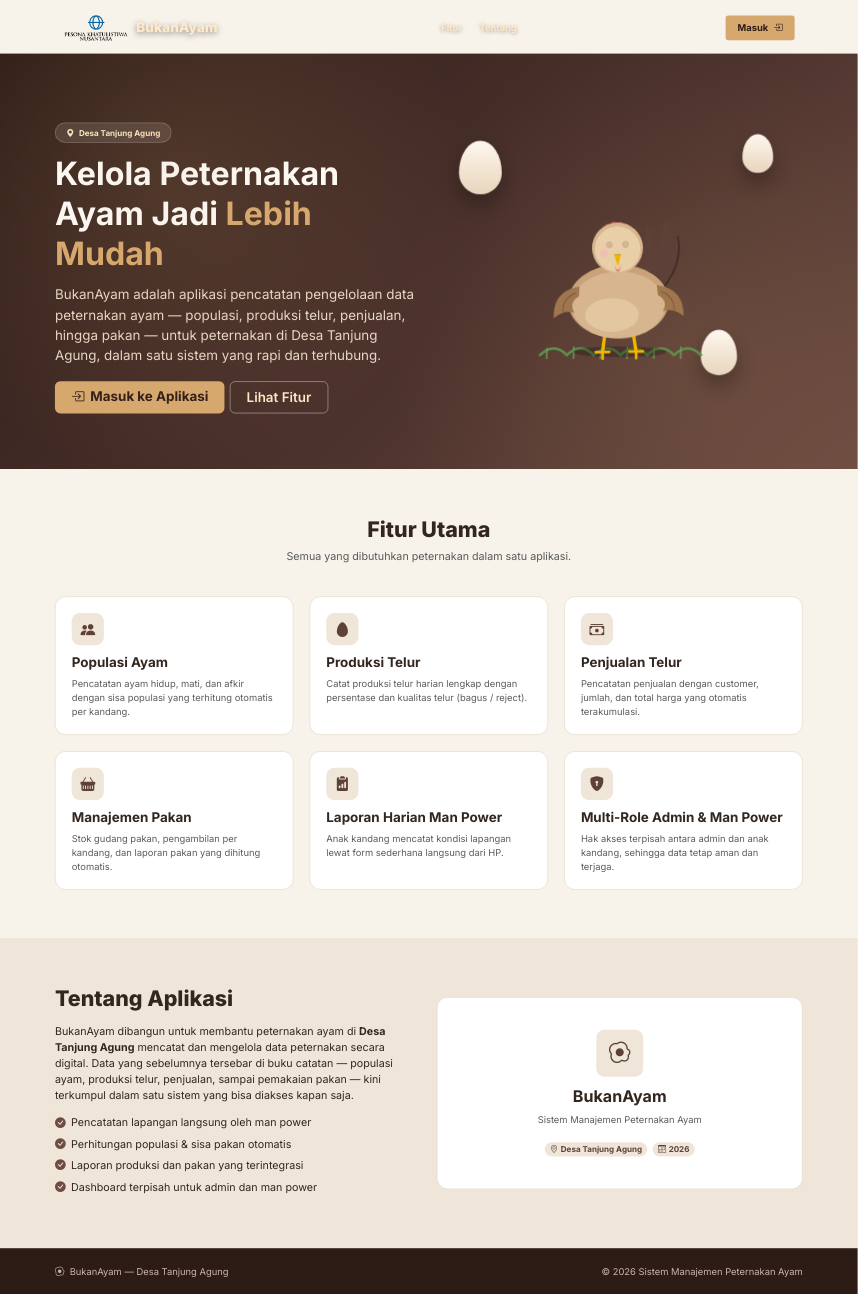
Repository: syafira-nur25/bukanayampart1
Page: http://localhost/
An editor plug-in stored every save of this project. The page is shown before and after the next save, followed by the edit.
The browser window is 1280 px wide. The pictures show the whole page, at 67% of full size.
The page is served by the project's Laravel application, run on PHP 8.4 with Laravel 12.

Above is the page before, as saved 2026-08-17 12:42:43.

After the next save:
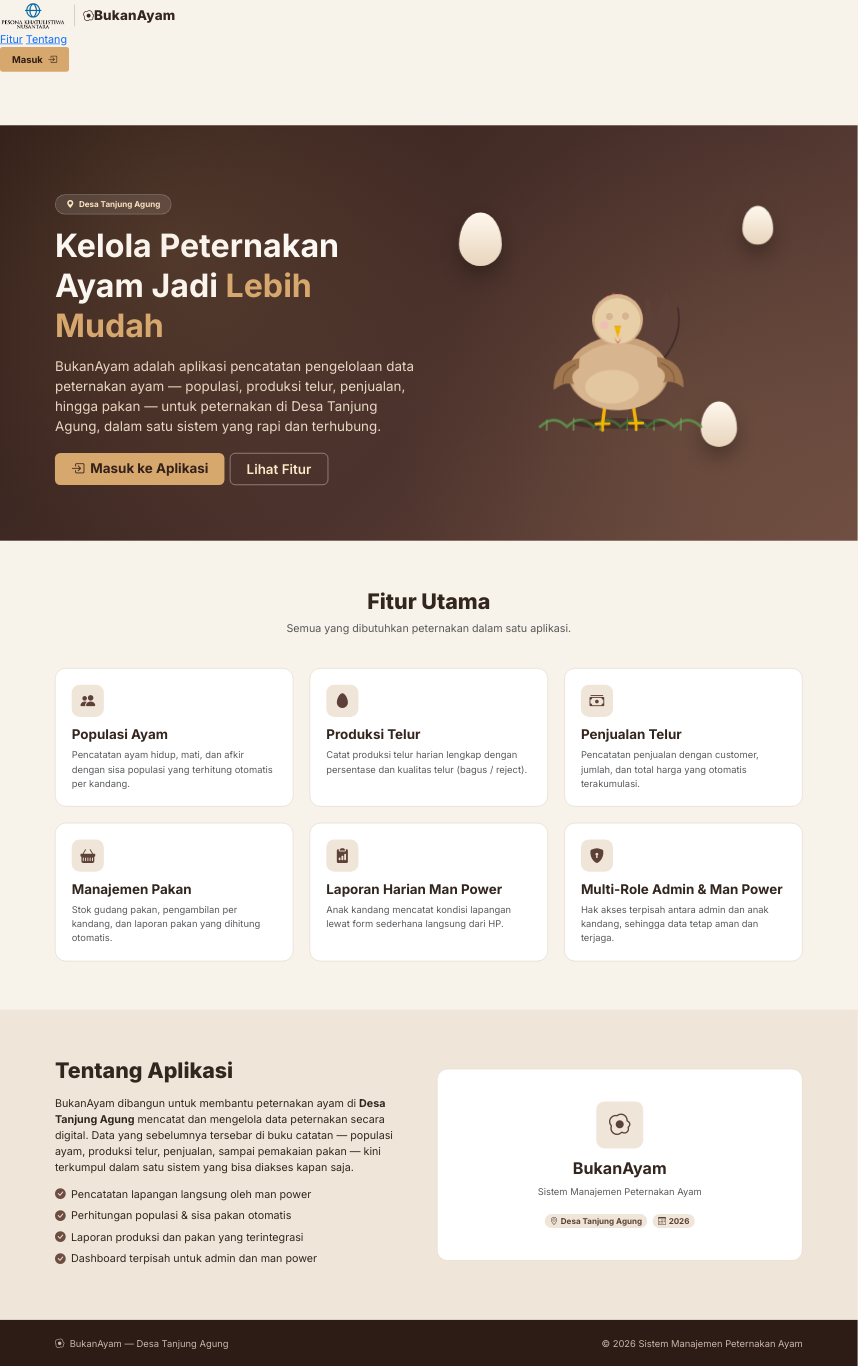
Console error: TypeError: Cannot read properties of null (reading 'classList')
Saved 13 s later.
--- a/resources/views/landing.blade.php
+++ b/resources/views/landing.blade.php
@@ -190,14 +190,16 @@ footer{background:var(--coklat-900);color:#cbb5a8}
 </head>
 <body>
 
-<nav class="nav-landing" id="navLanding">
-  <div class="container d-flex align-items-center justify-content-between">
-    <a href="{{ url('/') }}" class="navbar-brand">
-      <img src="{{ asset('logo.png') }}" alt="Logo Perusahaan" class="nav-logo"
-           onerror="this.style.display='none'; this.nextElementSibling.style.display='inline-flex';">
-      <span class="brand-fallback" style="display:none;"><i class="bi bi-egg-fried"></i></span>
-      <span class="brand-text">BukanAyam</span>
-    </a>
+<a href="{{ url('/') }}" class="navbar-brand d-flex align-items-center">
+    {{-- Logo perusahaan (bersih, tanpa border) --}}
+    <img src="{{ asset('logo.png') }}" alt="Logo Pesona Khatulistiwa Nusantara" class="nav-logo">
+
+    <span class="brand-divider"></span>
+
+    {{-- Logo peternakan --}}
+    <span class="brand-egg"><i class="bi bi-egg-fried"></i></span>
+    <span class="brand-text">BukanAyam</span>
+</a>
 
     <div class="nav-links d-none d-md-block">
       <a href="#fitur">Fitur</a>
